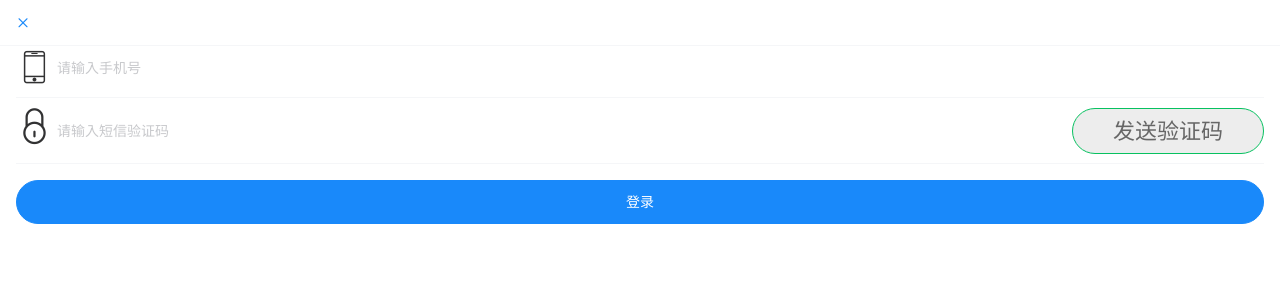
Repository: liuliumm/hmtt60
Page: /#/login
These files come from the project's save history. The page is drawn as it stood at one moment and after the next save; the edit follows.
The browser window is 1280 px wide. The pictures show the whole page.
The project was rebuilt for these pictures with package versions that can differ from the ones it lists, and the page was loaded fresh each time. Also part of the build but not shown: vue.config.js.

Above is the page before, as saved 2023-02-12 03:10:41.

### src/main.js
import Vue from 'vue'
import App from './App.vue'
import router from './router'
import store from './store'
import './styles/index.less'
// 加载 Vant 核心组件库
import Vant from 'vant'
// 加载 Vant 全局样式
import 'vant/lib/index.css'
// 加载lib-flexible，配置可伸缩布局方案，主要是将1rem设为viewWidth/10。
import 'amfe-flexible'

// 注册使用 Vant 组件库
Vue.use(Vant)

Vue.config.productionTip = false

new Vue({
  router,
  store,
  render: h => h(App)
}).$mount('#app')

### src/App.vue
<template>
  <div id="app">
    <router-view></router-view>

  </div>
</template>

<script>
export default {
  name: 'App'
}
</script>

<style lang="less">
</style>

### src/router/index.js
import Vue from 'vue'
// 目标: vue-router基础使用
// 1. 下载vue-router  (yarn add vue-router)
// 2. 引入
import VueRouter from 'vue-router'
import { NavBar, Form, Field, Button, Toast, Tabbar, TabbarItem } from 'vant';
import { Icon, Image as VanImage, } from 'vant';




// 3. 注册全局组件
Vue.use(VueRouter)
Vue.use(NavBar);
Vue.use(Form);
Vue.use(Field);
Vue.use(Button);
Vue.use(Toast);
Vue.use(Tabbar);
Vue.use(TabbarItem);
Vue.use(Icon);
Vue.use(VanImage);

// 4. 规则数组
const routes = [
  {
    path: '/login',
    name: 'login',
    component: () => import('@/views/login')
    // 这里是路由懒加载的写法
    // 完整写法是：@views/login/index.vue，但是index.vue可以省略，导入一个目录时默认导入目录下的index.vue
  },
  {
    path: '/',
    // name: 'layout',  // 如果父路由有默认子路由，那他的name就没有意义，可以省略
    component: () => import('@/views/layout'),
    children: [
      {
        path: '', // 默认子路由，只能有一个，当访问/的时候，显示home组件
        name: 'home',
        component: () => import('@/views/home')
      },
      {
        path: '/qa',
        name: 'qa',
        component: () => import('@/views/qa')
      },
      {
        path: '/video',
        name: 'video',
        component: () => import('@/views/video')
      },
      {
        path: '/my',
        name: 'my',
        component: () => import('@/views/my')
      }

    ]
  }
]
// 5. 生成路由对象
const router = new VueRouter({
  routes// routes是固定key(传入规则数组)
  // mode: "history" // 默认不写是"hash"
})

export default router

### src/store/index.js
import Vue from 'vue'
import Vuex from 'vuex'
import { getItem, setItem } from '@/utils/storage'

Vue.use(Vuex)
//token的key
const TOUTIAO_TOKEN = 'TOUTIAO_USER'

export default new Vuex.Store({
  state: {
    // 用户的登录状态信息（读取出来是字符串，直接通过parse进行转换为对象）
    // 一个对象，存储当前登录用户信息（token等数据）
    user: getItem(TOUTIAO_TOKEN) || null
    // user: JSON.parse(window.localStorage.getItem(TOKEN_KEY))
    // user: null
  },
  getters: {// vuex的规则: 更改state数据必须走mutation函数
  },
  mutations: {
    setUser (state, user) {
      state.user = user
      // localStorage.setItem 这个API只支持存储字符串: '[object Object]'
       // 为了防止刷新丢失，我们需要把数据备份到本地存储
      setItem(TOUTIAO_TOKEN, state.user)
      // window.localStorage.setItem(TOKEN_KEY, JSON.stringify(user))//localStorage只能存储字符串，所以通过stringify将user对象转换为字符串，再存储到localStorage
    }
  },
  actions: {
  },
  modules: {
  }
})

### src/styles/index.less
// @import '//at.alicdn.com/t/c/font_3503279_czbchaol0p9.css';
// @import './iconfont.css';
@import './iconfont.less';

### src/views/login/index.vue
<template>
  <div class="login-container">
    <van-nav-bar class="page-nav-bar" title="登录">
      <template #left>
        <van-icon name="cross" @click="$router.back()" />
      </template>
    </van-nav-bar>
    <van-form @submit="onSubmit" ref="loginFormRef">
      <van-field
        v-model="user.mobile"
        name="手机号"
        placeholder="请输入手机号"
        :rules="userFormRules.mobile"
        type="number"
        maxlength="11"
      >
        <!-- 通过插槽处理自定义图标 -->
        <!-- 新版本插槽的写法 ， 相当于slot="left-icon" -->
        <template #left-icon>
          <i class="toutiao toutiao-shouji" />
        </template>
      </van-field>
      <van-field
        v-model="user.code"
        name="验证码"
        :rules="userFormRules.code"
        type="number"
        maxlength="6"
        center
        clearable
        placeholder="请输入短信验证码"
      >
        <template #left-icon>
          <i class="toutiao toutiao-yanzhengma" />
        </template>
        <template #right-icon>
          <van-count-down
            v-if="isCountDown"
            format="ss 秒"
            :time="5 * 1000"
            @finish="isCountDown = false"
          />
          <van-button
            v-else
            class="send-sms-btn"
            round
            type="primary"
            @click="onSendSms"
            >发送验证码</van-button
          >
        </template>
      </van-field>
      <div style="margin: 16px">
        <van-button
          round
          block
          type="info"
          native-type="submit"
          class="login-btn"
          >登录</van-button
        >
      </div>
    </van-form>
  </div>
</template>

<script>
// Toast 默认采用单例模式，即同一时间只会存在一个 Toast，
// 如果需要在同一时间弹出多个 Toast，可以参考下面的示例
// Toast.allowMultiple(); //允许多个
// const toast1 = Toast('第一个 Toast');
// const toast2 = Toast.success('第二个 Toast');

// toast1.clear();
// toast2.clear();

import { login, sendSms } from "@/api/user";
// import { Toast } from 'vant';
export default {
  // 组件名称
  name: "LoginIndex",
  // 组件参数 接收来自父组件的数据
  props: {},
  // 局部注册的组件
  components: {},
  // 组件状态值
  data() {
    return {
      user: {
        mobile: "",
        code: "",
      },
      userFormRules: {
        mobile: [
          {
            required: true,
            message: "手机号不能为空",
          },
          {
            pattern: /^1[3|5|7|8|9]\d{9}$/,
            // pattern: /^1[3-9]\d{9}$/,
            message: "手机号格式错误",
          },
        ],
        code: [
          {
            required: true,
            message: "验证码不能为空",
          },
          {
            pattern: /^\d{6}$/,
            message: "验证码格式错误",
          },
        ],
      },
      isCountDown: false,
    };
  },
  // 计算属性
  computed: {},
  // 侦听器
  watch: {},
  // 组件方法
  methods: {
    // onSubmit(values) {
    //   console.log("submit", values);
    // },
    async onSubmit() {
      try {
        // 1. 获取表单数据
        // const user = this.user
        // TODO: 2. 表单验证
        // 3. 提交表单请求登录
        this.$toast.loading({
          duration: 0, //持续时间，默认时间2s，0表示持续展示不不停止，直到成功或失败
          forbidClick: true, //是否禁止背景点击（forbid: 禁止）
          message: "登陆中...", //提示消息
        })
        // 登录成功以后将后端返回的 token 相关数据存储到容器中
        const { data } = await login(this.user);
        // 1. token 可能用来做页面某些逻辑的判断，所以期望token数据最好是响应式数据 => vuex
        this.$store.commit("setUser", data.data);
        // 2. token 应该是可用一段时间的，在此期间，页面刷新，用户身份应该依然还在 => localStorage
        this.$toast.success("登录成功");
        console.log("登录成功");
        // 登录成功，跳转回原来页面
        // 从未登录的我的界面，点击登录，跳转到登录界面，然后登录成功之后，会自动回调到我的界面：
        // 3. 回到来的地方
        this.$router.back()
        // 4. 根据请求响应结果处理后续操作
        // const res = await login(this.user);
        // console.log("登陆成功", res);
        // this.$toast.success("登录成功");
      } catch (err) {
        if (err.response.status === 400) {
          console.log(err.response.status);
          console.log(typeof(err.response.response));
          console.log("手机号或验证码错误", err);
          this.$toast.fail("手机号或验证码错误");
        } else {
          console.log("登录失败，请稍候重试", err);
          this.$toast.fail("登录失败，请稍后重试");
        }
      }
    },
    async onSendSms() {
      // 1. 校验手机号
      //这里为啥添加await，是因为validate返回一个Promise
      //参数是van-field的name
      // 0. 先验证一下手机号是否合法
      // ref: ref如果定义在原生的dom元素，取得的是dom元素；如果定义在组件上，取得的是组件实例
      const ret = await this.$refs.loginFormRef.validate("mobile").catch((err) => err);
      //调用validate手动校验
      console.log("------ret: ", ret);
      // js中的6个假值: 0 NaN '' false null undefined
      if (ret) return;
      // 1. 调接口把手机号发给后台
      this.isCountDown = true;
      try {
        await sendSms(this.user.mobile);
        this.$toast.success("发送验证码成功");
      } catch (err) {
        console.log("--------err: ", err);
        if (err.response.status === 429) {
          this.$toast.fail(err.response.data.message);
        } else {
          this.$toast.fail("网络失败，请重试");
        }
      }
      // 2. 验证通过，显示倒计时
      // 3. 请求发送验证码
    },
  },
  // 以下是生命周期钩子   注：没用到的钩子请自行删除
  /**
   * 组件实例创建完成，属性已绑定，但DOM还未生成，$ el属性还不存在
   */
  created() {},
  /**
   * el 被新创建的 vm.$ el 替换，并挂载到实例上去之后调用该钩子。
   * 如果 root 实例挂载了一个文档内元素，当 mounted 被调用时 vm.$ el 也在文档内。
   */
  mounted() {},
};
</script>

<style scoped lang="less">
.login-container {
  .toutiao {
    font-size: 37px;
  }
  .send-sms-btn {
    width: 192px;
    height: 46px;
    line-height: 46px;
    background-color: #ededed;
    font-size: 22px;
    color: #666;
  }
  .login-btn-wrap {
    padding: 53px 33px;
    .login-btn {
      background-color: #6db4fb;
      border: none;
    }
  }
}

</style>

### src/utils/storage.js
/**
 * 封装本地存储操作模块
 */

/**
 * 存储数据
 */
export const setItem = (key, value) => {
    // 将数组、对象类型的数据转换为 JSON 格式字符串进行存储
    if (typeof value === 'object') {
      value = JSON.stringify(value)
    }

    window.localStorage.setItem(key, value)
  }

  /**
   * 获取数据
   */
  export const getItem = key => {
    const data = window.localStorage.getItem(key)
    // 判断如果是json字符串，parse解析成json对象返回去用
    // 否则直接返回

    // 因为没有办法判断一个字符串是不是json字符串，所以采用直接解析看是否报错的方案
    try {
      return JSON.parse(data)
    } catch (err) {
      return data
    }
  }

  /**
   * 删除数据
   */
  // export const removeItem = key => {
  //   window.localStorage.removeItem(key)
  // }

### src/styles/iconfont.less
@font-face {
  font-family: "toutiao"; /* Project id 3503279 */
  src: url('iconfont.woff2?t=1675828127312') format('woff2'),
       url('iconfont.woff?t=1675828127312') format('woff'),
       url('iconfont.ttf?t=1675828127312') format('truetype');
}

.toutiao {
  font-family: "toutiao" !important;
  font-size: 16px;
  font-style: normal;
  -webkit-font-smoothing: antialiased;
  -moz-osx-font-smoothing: grayscale;
}

.toutiao-shoucang:before {
  content: "\e673";
}

.toutiao-shouye:before {
  content: "\e674";
}

.toutiao-shipin:before {
  content: "\e675";
}

.toutiao-shouji:before {
  content: "\e676";
}

.toutiao-sousuo:before {
  content: "\e677";
}

.toutiao-wode:before {
  content: "\e678";
}

.toutiao-yanzhengma:before {
  content: "\e679";
}

.toutiao-wenda:before {
  content: "\e67a";
}

.toutiao-youjiantou:before {
  content: "\e67b";
}

.toutiao-gengduo:before {
  content: "\e67c";
}

.toutiao-zuopin:before {
  content: "\e67d";
}

.toutiao-guanbi:before {
  content: "\e67e";
}

.toutiao-wuwangluo:before {
  content: "\e67f";
}

.toutiao-dianzan2:before {
  content: "\e680";
}

.toutiao-zuojiantou:before {
  content: "\e681";
}

.toutiao-dianzan:before {
  content: "\e682";
}

.toutiao-yuedu:before {
  content: "\e683";
}

.toutiao-pinglun:before {
  content: "\e684";
}

.toutiao-shanchu:before {
  content: "\e685";
}

.toutiao-lishi:before {
  content: "\e686";
}

.toutiao-fenxiang:before {
  content: "\e687";
}

.page-nav-bar {
  background-color: #3296fa;
  // border-radius: 5px;
  .van-nav-bar__title,
  .van-icon {
    color: #fff;
  }
}

### src/api/user.js
// 用户相关的请求模块
import request from "@/utils/request";

// 用户登录
// export const login = (data) => {
//     return request({
//         method: 'POST',
//         url: '/v1_0/authorizations',
//         data
//     })
// }
export function login(data) {
    return request({
      url: 'v1_0/authorizations',
      method: 'POST',
      data
    })
  }

// 发送验证码
export const sendSms = mobile => {
    return request({
      method: 'GET',
      url: `/v1_0/sms/codes/${mobile}`
    })
}
/*获取用户自己的信息*/
export const getUserInfo = () =>{
  request({
    url: '/v1_0/user',
    // headers: {
    //   // 'X-Token'
    //   Authorization: 'Bearer ' + store.state.user.token
    // }
    // method: 'GET', //可以不写
    // // // // 发送请求头数据
    // headers: { //优化token，封装在了axios中，这里不写
    // //   // 注意：该接口需要授权才能访问

    // //   //       token的数据格式：Bearer token数据，注意 Bearer 后面有个空格
    //   Authorization: `Bearer ${store.state.user.token}`
    // }
  })
}

export const getUserChannels = () => {
  return request({
    url: '/v1_0/user/channels'
  })
}

### src/utils/request.js
/**
 * 封装 axios 请求模块
 */
import axios from "axios"
import store from '@/store'
// vue2: vue-router@3 vuex@3 vant@2
// vue3: vue-router@4 vuex@4 vant@3 / vant@4


// 前面 网易云音乐案例采用这个方式
// 这个方式不好的地方：它改造了axios这个包整体的配置 所以不再采用这个方式
// axios.defaults.baseURL = 'http://toutiao.itheima.net'

// 这是创建出来axios的一个实例，这个实例的使用方式跟axios一模一样
const request = axios.create({  // create会返回一个新的axios对象，
  // axios.create的详细介绍看当日资料中的离线文章
  baseURL: "http://toutiao.itheima.net" // 基础路径
})
// 请求拦截器
request.interceptors.request.use(
  function (config) {
    // Do something before request is sent
    // console.log('--config: ', config)
    // 如果用户已经登录，请求携带上token
    if (store.state.user) {
      config.headers.Authorization = 'Bearer ' + store.state.user.token
    }
    // 或者
    // config ：本次请求的配置对象
    // config 里面有一个属性：headers
    // const { user } = store.state
    // if (user && user.token) {
    //   config.headers.Authorization = `Bearer ${user.token}`
    // }

    return config
  },
  function (error) {
    // Do something with request error
    return Promise.reject(error)
  }
)

// 响应拦截器

export default request

Loaded but not shown: public/index.html (common file)

After the next save:
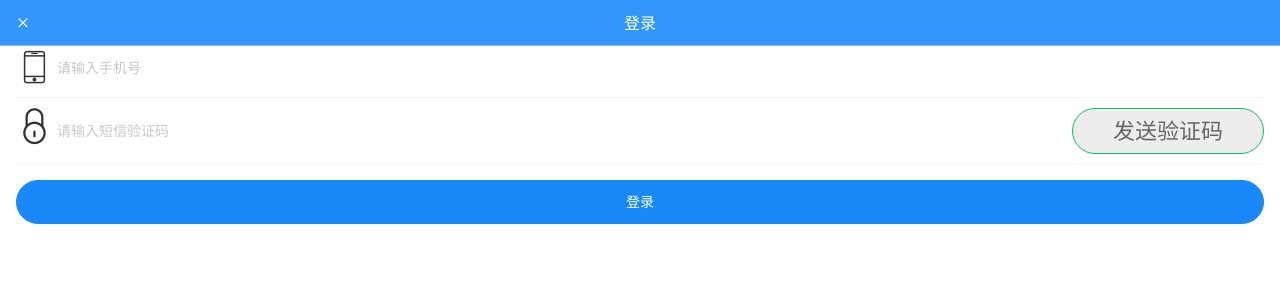
Saved 49 s later.
--- a/src/main.js
+++ b/src/main.js
@@ -2,13 +2,13 @@ import Vue from 'vue'
 import App from './App.vue'
 import router from './router'
 import store from './store'
-import './styles/index.less'
 // 加载 Vant 核心组件库
 import Vant from 'vant'
 // 加载 Vant 全局样式
 import 'vant/lib/index.css'
 // 加载lib-flexible，配置可伸缩布局方案，主要是将1rem设为viewWidth/10。
 import 'amfe-flexible'
+import './styles/index.less'
 
 // 注册使用 Vant 组件库
 Vue.use(Vant)
